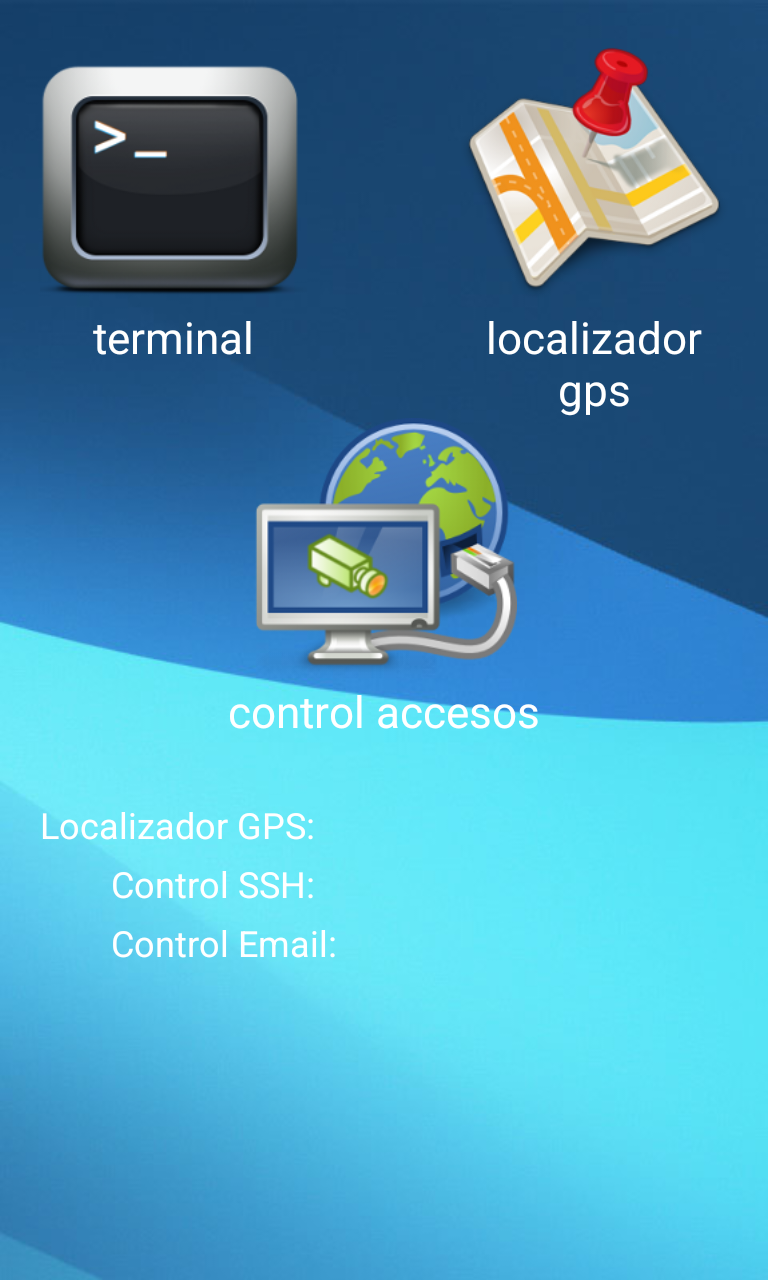
Repository: jonatansantos/Android-Server-Status
Layout: desarrollo/Principal/res/layout/main.xml
These files come from the project's save history. The layout is drawn as it stood at one moment and after the next save; the edit follows.
It is drawn on a 768 x 1280 px phone screen (xhdpi) without system bars, with theme android:Theme; the app's code is not run.

Above is the layout before, as saved 2012-06-01 12:09:52.

After the next save:
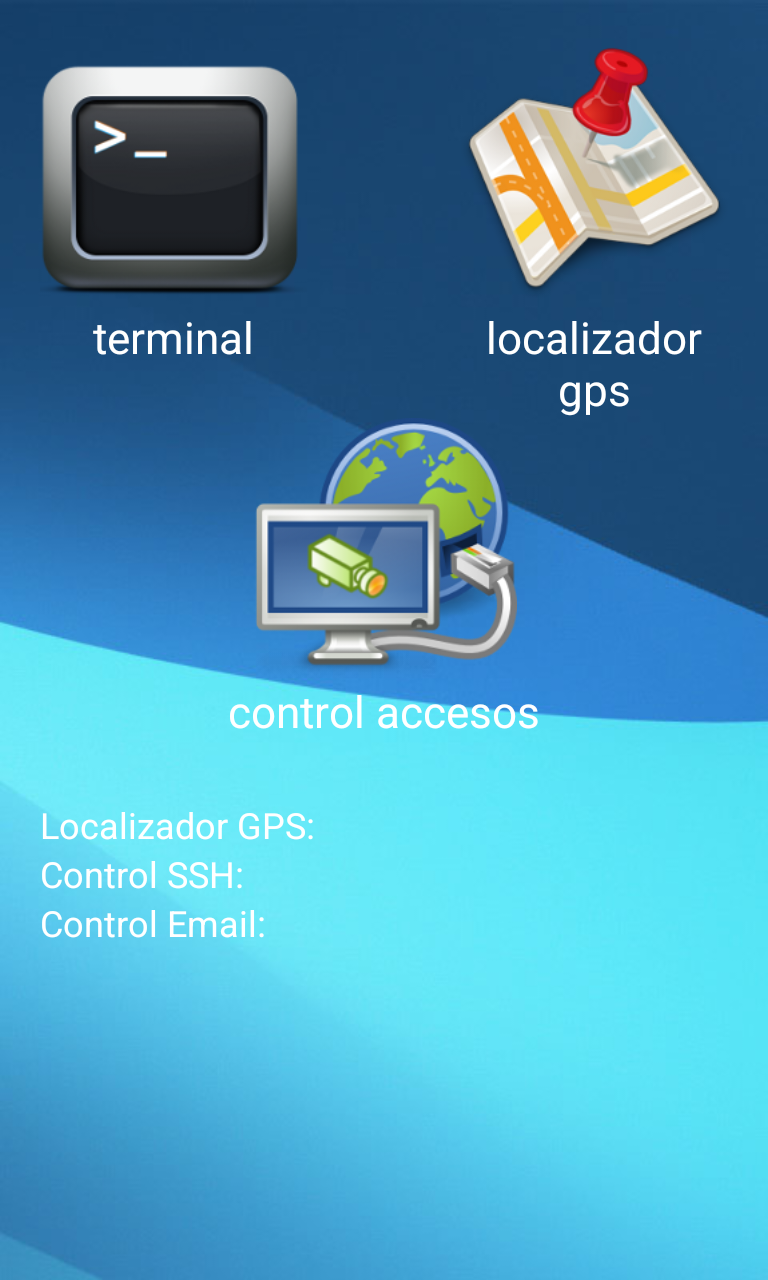
Saved 24 s later.
--- a/desarrollo/Principal/res/layout/main.xml
+++ b/desarrollo/Principal/res/layout/main.xml
@@ -6,17 +6,12 @@
     android:background="@drawable/fondo"
     android:padding="20dp" >
 
-
-
-
     <Button
         android:id="@+id/bt_menu_terminal"
         android:layout_width="wrap_content"
         android:layout_height="wrap_content"
         android:background="@drawable/ic_terminal"
         android:text="@string/vacia" />
-
-
 
     <TextView
         android:id="@+id/tv_menu_terminal"
@@ -29,7 +24,6 @@
         android:text="@string/terminal"
         android:textAppearance="?android:attr/textAppearanceLarge" />
 
-
     <Button
         android:id="@+id/bt_menu_gps"
         android:layout_width="wrap_content"
@@ -39,11 +33,6 @@
         android:layout_alignParentRight="true"
         android:background="@drawable/ic_gps"
         android:text="@string/vacia" />
-
-
-
-
-
 
     <TextView
         android:id="@+id/tv_menu_gps"
@@ -65,8 +54,6 @@
         android:background="@drawable/ic_servidor"
         android:text="@string/vacia" />
 
-
-
     <TextView
         android:id="@+id/tv_menu_servidor"
         android:layout_width="wrap_content"
@@ -75,9 +62,6 @@
         android:layout_centerHorizontal="true"
         android:text="@string/control"
         android:textAppearance="?android:attr/textAppearanceLarge" />
-
-
-
 
     <TextView
         android:id="@+id/textView1"
@@ -89,25 +73,20 @@
         android:text="Localizador GPS:"
         android:textAppearance="?android:attr/textAppearanceMedium" />
 
-
     <TextView
         android:id="@+id/textView2"
         android:layout_width="wrap_content"
         android:layout_height="wrap_content"
-        android:layout_alignRight="@+id/textView1"
         android:layout_below="@+id/textView1"
-        android:layout_marginTop="5dp"
         android:text="Control SSH:"
         android:textAppearance="?android:attr/textAppearanceMedium" />
-
 
     <TextView
         android:id="@+id/textView3"
         android:layout_width="wrap_content"
         android:layout_height="wrap_content"
-        android:layout_alignLeft="@+id/textView2"
+        android:layout_alignLeft="@+id/textView1"
         android:layout_below="@+id/textView2"
-        android:layout_marginTop="5dp"
         android:text="Control Email:"
         android:textAppearance="?android:attr/textAppearanceMedium" />
 
